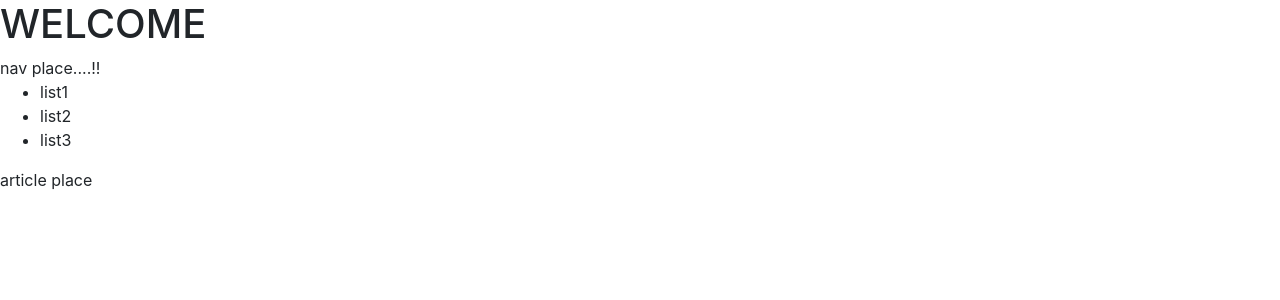
Repository: idrice24/IDRICE24-DASHBOARD
Page: html/header.html
These files come from the project's save history. The page is drawn as it stood at one moment and after the next save; the edit follows.
The browser window is 1280 px wide. The pictures show the whole page.

Above is the page before, as saved 2020-09-03 22:51:06.

After the next save:
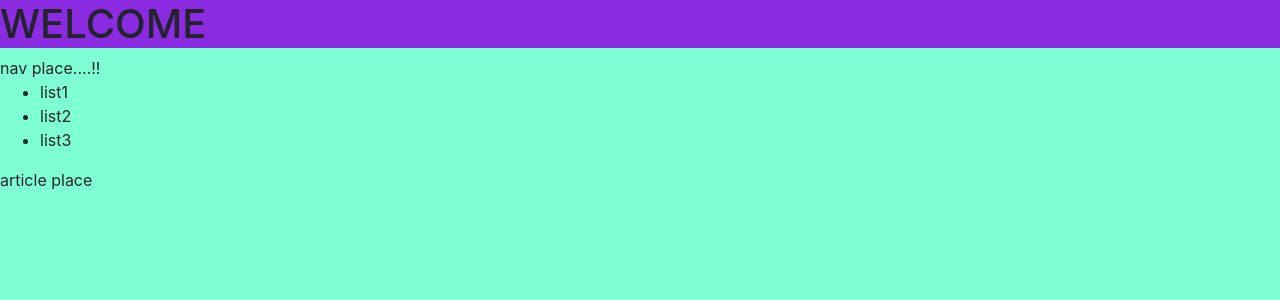
Saved 64 s later.
--- a/html/header.html
+++ b/html/header.html
@@ -8,6 +8,7 @@
     <title>Document</title>
     <link rel="stylesheet" href="../vendor/bootstrap-4.1/bootstrap.min.css">
     <link rel="stylesheet" href="../vendor/font-awesome-4.7/css/font-awesome.min.css">
+    <link rel="stylesheet" href="../vendor/idrice24folder/idrice24.css">
 </head>
 
 <body>
